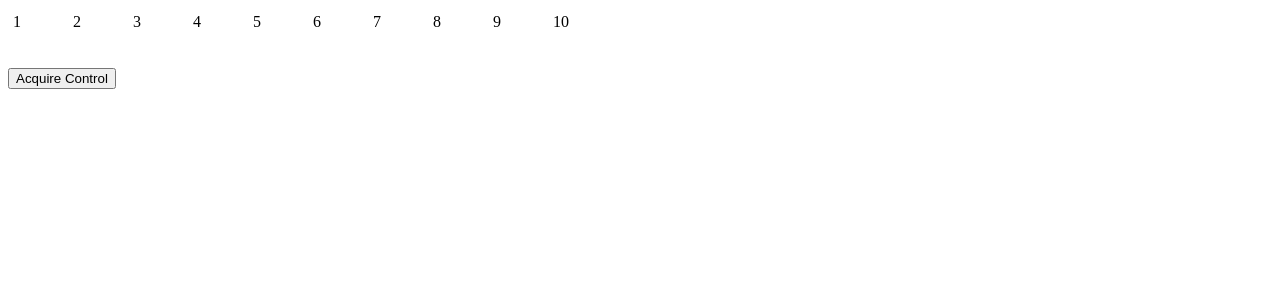
Repository: sahelipaul17/appYogi
Page: public/index.html
The author's editor kept a copy of each file at every save. The page is drawn from the files as they stood at one save, then again after the next save.
The browser window is 1280 px wide. The pictures show the whole page.
The page's requests for data from a server got no answer. Some web libraries are served in a nearby version.

Above is the page before, as saved 2023-07-28 13:23:47.

After the next save:
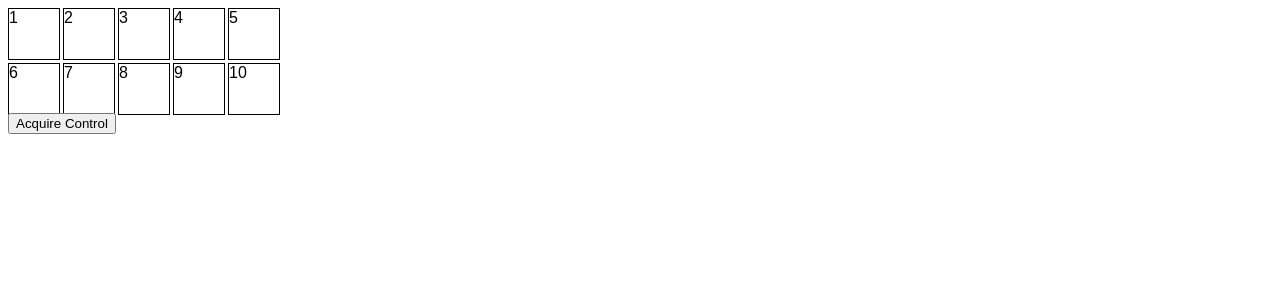
Saved 20 s later.
--- a/public/styles.css
+++ b/public/styles.css
@@ -1,24 +1,37 @@
-/* styles.css */
+body {
+  font-family: Arial, sans-serif;
+}
 
-bbody {
+.container {
   display: flex;
   flex-direction: column;
   align-items: center;
-  justify-content: center;
-  height: 100vh;
-  margin: 0;
+  margin-top: 50px;
 }
 
 .keyboard {
-  display: flex;
-  flex-wrap: wrap;
+  display: grid;
+  grid-template-columns: repeat(5, 50px);
+  grid-template-rows: repeat(2, 50px);
+  grid-gap: 5px;
 }
 
 .key {
   width: 50px;
   height: 50px;
-  display: inline-block;
-  margin: 5px;
   background-color: white;
+  border: 1px solid black;
   cursor: pointer;
 }
+
+.key.lit-red {
+  background-color: red;
+}
+
+.key.lit-yellow {
+  background-color: yellow;
+}
+
+#releaseControlBtn {
+  margin-top: 10px;
+}
